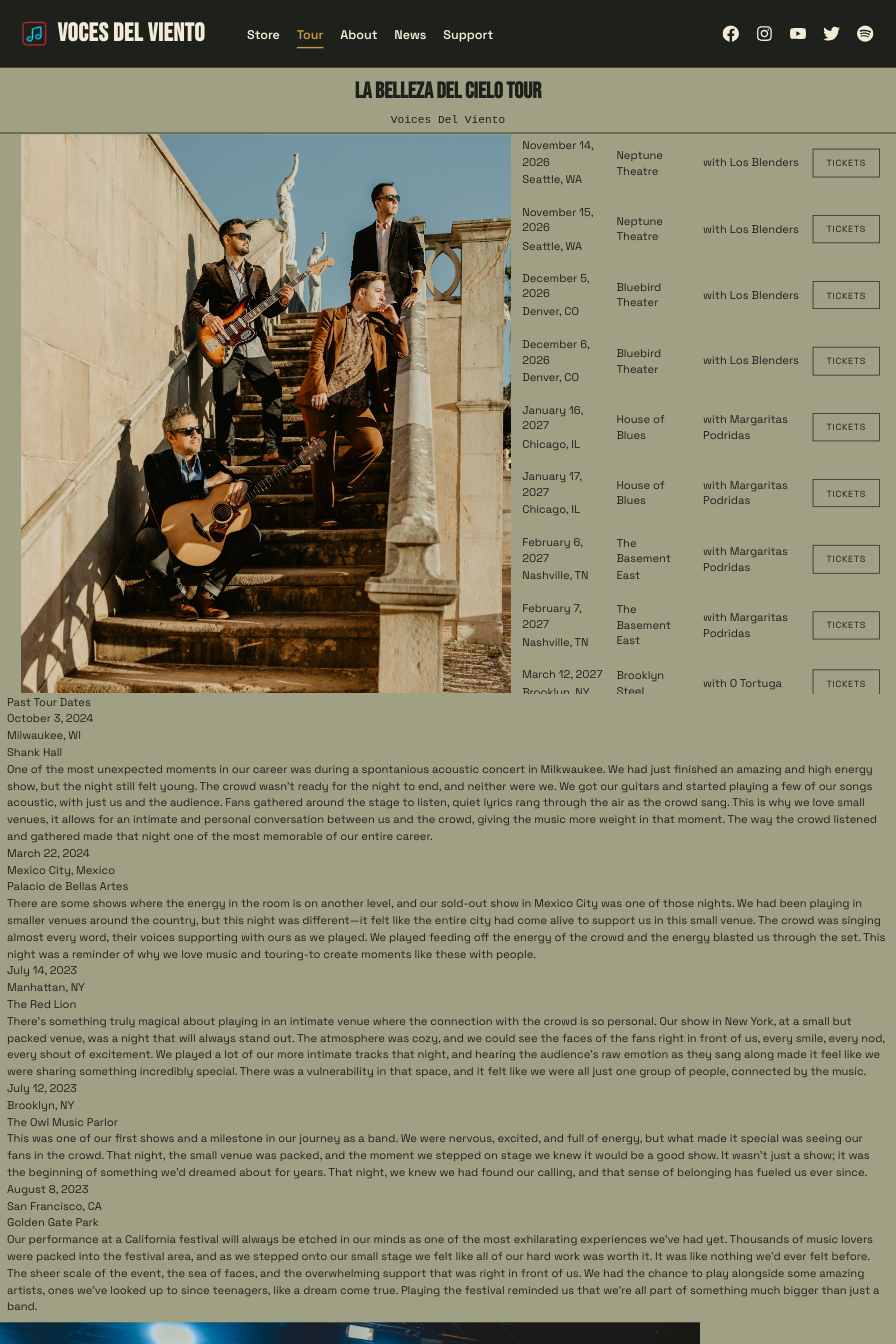
Repository: lime929/voices-del-viento
Page: /tour
An editor plug-in stored every save of this project. The page is shown before and after a run of saves, followed by the edit.
The browser window is 1280 px wide. The pictures show the part of the page from y = 0 to 1920 px (the page is 9957 px tall), at 70% of full size.
An inner scrolling area shows only its first screen. The project was rebuilt for these pictures with package versions that can differ from the ones it lists, and the page was loaded fresh each time. The framework's server and built-in components were replaced by stand-ins that run in the browser. Also part of the build but not shown: next.config.mjs.

Above is the page before, as saved 2026-09-14 15:43:18.

### app/layout.jsx
import '../app/globals.css';
import Footer from '../app/components/Footer';
import NavBar from '../app/components/NavBar';


export const metadata = {
  title: "Voces del Viento",
  description:
    "Voces del Viento is a Mexican indie rock band from Michoacán, blending classic Latin rock influences with modern sounds inspired by Caifanes, Juanes, and Los Enanitos Verdes. Discover their heartfelt music, cultural roots, and energetic live performances.",
  keywords: [
    "Voces del Viento",
    "Mexican indie rock",
    "Michoacán, Mexico",
    "Latin rock",
    "Alternative music",
    "band from Mexico",
    "indie music",
  ],
};

export default function MainLayout({ children }) {
  return (
    <html lang="en">
      <body>
        <NavBar />
        {children}
        <Footer />
      </body>
    </html>
  );
}

### app/tour/page.jsx
import styles from "./page.module.css";
import TourCurrent from "../components/TourCurrent";
import TourPast from "../components/TourPast";
import tours from "./tours.json";
import Image from "next/image";
import tourImage from "../../public/images/tour/tourImage.jpg";
import TourGallery from "../components/TourGallery";

export const metadata = {
  title: "Voces del Viento | Tour",
  description: "Live performances and tour dates for Voces del Viento. Check out our upcoming concerts and events.",
  keywords: [
    "Voces del Viento",
    "Concert announcements",
    "Live performances",
    "Tour dates",
    "Music events",
    "Band tour",
    "Live music",
    "Concert schedule",
    "Tour updates",
    "Music tour"
  ]
};

export default function TourPage() {
  const upcomingTours = tours.filter((tour) => tour.status === "upcoming");
  const pastTours = tours.filter((tour) => tour.status === "past");

  return (
    <>
      <div className={styles.tourContainer}>
      <div className={styles.tourHeader}>
        <h2 className={styles.tourTitle}>La Belleza del Cielo Tour</h2>
        <h4 className={styles.bandName}>Voices Del Viento</h4>
      </div>
       <div className={styles.currentColumns}>
  <div className={styles.currentTourImageWrap}>
          <Image
            src={tourImage}
            alt="Band's Tour image"
            width={700}
            height={800}
            sizes="100vw"
            className={styles.tourImage}
          />
        </div>
          <div className={styles.currentTourList}>
            {upcomingTours.map((tour) => (
            <TourCurrent key={tour.id} tour={tour} />
          ))}
          </div>
        </div>

        <div className={styles.pastTourList}>
          <h3 className={styles.pastTourTitle}>Past Tour Dates</h3>
          {pastTours.map((tour) => (
            <TourPast key={tour.id} tour={tour} />
          ))}
        </div>
      </div>
      <TourGallery />
    </>
  );
}

### app/globals.css
/* @import url("https://fonts.googleapis.com/css2?family=Bebas+Neue&family=DM+Sans:opsz,wght@9..40,400;9..40,500;9..40,600;9..40,700&family=Space+Mono:wght@400;700&display=swap");
@import url('https://fonts.googleapis.com/css2?family=Space+Grotesk:wght@300..700&display=swap'); */

@import url('https://fonts.googleapis.com/css2?family=Archivo+Black&family=Bebas+Neue&family=DM+Sans:ital,opsz,wght@0,9..40,100..1000;1,9..40,100..1000&family=Oswald:wght@200..700&family=Roboto+Mono:ital,wght@0,100..700;1,100..700&family=Space+Grotesk:wght@300..700&display=swap');
@import "tailwindcss";

@theme {
      /* Large headings and album titles */
  --font-display: "Bebas Neue", sans-serif;
    /* Paragraphs, navigation, and buttons */
  --font-body: "Space Grotesk", sans-serif;
    /* Dates, labels, and small details */
  --font-mono: "Space Mono", monospace;

    /* Main page background */
  --color-band-bg: #A0A084;
    /* Main text, dark sections & footer */
  --color-band-ink: #1E211B;
    /* Text on dark/red backgrounds */
  --color-band-cream: #F2EBD8;
    /* Borders and secondary accents */
  --color-band-olive: #5a5a44;
    /* Small highlights and labels */
  --color-band-gold: #C49A46;
}

body {
  font-family: var(--font-body);
  background-color: var(--color-band-bg);
  color: var(--color-band-ink);
  margin: 0;
  padding: 0;
}

### app/components/Footer.jsx
export default function Footer() {
  return (
    <footer className="border-t border-band-olive bg-band-ink py-8 px-4 sm:px-6">
      <div className="mx-auto max-w-6xl">
        <div className="flex flex-col items-center justify-between gap-8 text-sm md:flex-row">
          {/* Copyright */}
          <div className="order-2 text-center md:order-1 md:text-left">
            <p className="font-semibold text-band-cream">
              © {new Date().getFullYear()}{' '}
              <span className="font-black text-band-cream">Voices Del Viento</span>
            </p>
            <p className="mt-1 font-mono text-xs tracking-wider text-band-gold">
              Made with Next.js & Tailwind by Liliana Mendez
            </p>
          </div>

          {/* Right links */}
          <nav className="order-1 flex items-center gap-6 md:order-2">
            <a
              href="/store"
              className="border-b-2 border-transparent pb-1 text-sm font-semibold text-band-cream transition-all duration-200 hover:border-band-gold hover:text-band-gold"
            >
              Store
            </a>
            <a
              href="/tour"
              className="border-b-2 border-transparent pb-1 text-sm font-semibold text-band-cream transition-all duration-200 hover:border-band-gold hover:text-band-gold"
            >
              Tour
            </a>
            <a
              href="/about"
              className="border-b-2 border-transparent pb-1 text-sm font-semibold text-band-cream transition-all duration-200 hover:border-band-gold hover:text-band-gold"
            >
              About
            </a>
            <a
              href="/news"
              className="border-b-2 border-transparent pb-1 text-sm font-semibold text-band-cream transition-all duration-200 hover:border-band-gold hover:text-band-gold"
            >
              News
            </a>
            <a
              href="/support"
              className="border-b-2 border-transparent pb-1 text-sm font-semibold text-band-cream transition-all duration-200 hover:border-band-gold hover:text-band-gold"
            >
              Support
            </a>
          </nav>
        </div>
      </div>
    </footer>
  );
}

### app/components/NavBar.jsx
'use client';
import { useState } from "react";
import Link from "next/link";
import Image from "next/image";
import { usePathname } from "next/navigation";
import { FaBars, FaTimes, FaFacebook, FaInstagram, FaYoutube, FaTwitter,FaSpotify } from "react-icons/fa";
import logoIcon from '../../app/icon.png';

export default function NavBar() {
  const [isMobileMenuOpen, setIsMobileMenuOpen] = useState(false);
  const pathname = usePathname();

  return (
    <>
      <nav className="bg-band-ink border-b border-band-olive sticky top-0 z-50">
        <div className="px-4 lg:px-6">
          <div className="relative flex h-24 items-center justify-between">

            {/* Mobile menu button: always positioned absolute left and hidden on md+ screens */}
            <div className="absolute inset-y-0 left-0 flex items-center md:hidden">
              <button
                onClick={() => setIsMobileMenuOpen(!isMobileMenuOpen)}
                className="inline-flex items-center justify-center p-2 rounded-md text-band-cream hover:text-band-gold hover:bg-band-olive/20 focus:outline-none focus:ring-2 focus:ring-band-gold"
                aria-controls="mobile-menu"
                aria-expanded={isMobileMenuOpen}
              >
                <span className="sr-only">Open main menu</span>
                {isMobileMenuOpen ? (
                  <FaTimes className="block h-6 w-6" />
                ) : (
                  <FaBars className="block h-6 w-6" />
                )}
              </button>
            </div>

            <div className="flex flex-1 items-center justify-center md:justify-start">
              <Link href="/" className="flex flex-shrink-0 items-center gap-2 hover:opacity-90 transition">
                <Image
                  src={logoIcon}
                  alt="Voices Del Viento Logo"
                  width={50}
                  height={50}
                  priority
                />

                <span className="hidden font-display text-4xl font-bold uppercase tracking-wide text-band-cream transition-colors hover:text-band-gold md:block md:mr-9">
                Voces Del Viento
                </span>
              </Link>


              <div className="hidden md:ml-6 md:block md:pt-2">
                <div className="flex space-x-4 lg:space-x-6">
                  <Link
                    href="/store"
                    className={`${
                      pathname === "/store" ? "border-b-2 border-band-gold text-band-gold" : "border-b-2 border-transparent text-band-cream hover:text-band-gold hover:border-band-gold"
                    } text-lg font-semibold pb-1 transition-all`}
                  >
                    Store
                  </Link>
                  <Link
                    href="/tour"
                    className={`${
                      pathname === "/tour" ? "border-b-2 border-band-gold text-band-gold" : "border-b-2 border-transparent text-band-cream hover:text-band-gold hover:border-band-gold"
                    } text-lg font-semibold pb-1 transition-all`}
                  >
                    Tour
                  </Link>
                  <Link
                    href="/about"
                    className={`${
                      pathname === "/about" ? "border-b-2 border-band-gold text-band-gold" : "border-b-2 border-transparent text-band-cream hover:text-band-gold hover:border-band-gold"
                    } text-lg font-semibold pb-1 transition-all`}
                  >
                    About
                  </Link>
                  <Link
                    href="/news"
                    className={`${
                      pathname === "/news" ? "border-b-2 border-band-gold text-band-gold" : "border-b-2 border-transparent text-band-cream hover:text-band-gold hover:border-band-gold"
                    } text-lg font-semibold pb-1 transition-all`}
                  >
                    News
                  </Link>
                  <Link
                    href="/support"
                    className={`${
                      pathname === "/support" ? "border-b-2 border-band-gold text-band-gold" : "border-b-2 border-transparent text-band-cream hover:text-band-gold hover:border-band-gold"
                    } text-lg font-semibold pb-1 transition-all`}
                  >
                    Support
                  </Link>
                </div>
              </div>
            </div>

            <div className="absolute inset-y-0 right-0 flex items-center pr-2 md:static md:ml-6 md:pr-0">
              <div className="flex items-center gap-2 text-band-cream">
             <button className="relative p-2 rounded-full transition-transform duration-250 ease-in-out hover:scale-110 hover:text-band-gold">
                    <FaFacebook className="h-6 w-6" />
                </button>
             <button className="relative p-2 rounded-full transition-transform duration-250 ease-in-out hover:scale-110 hover:text-band-gold">
                    <FaInstagram className="h-6 w-6" />
                </button>
             <button className="relative p-2 rounded-full transition-transform duration-250 ease-in-out hover:scale-110 hover:text-band-gold">
                    <FaYoutube className="h-6 w-6" />
                </button>
             <button className="relative p-2 rounded-full transition-transform duration-250 ease-in-out hover:scale-110 hover:text-band-gold">
                    <FaTwitter className="h-6 w-6" />
                </button>
            <button className="relative p-2 rounded-full transition-transform duration-250 ease-in-out hover:scale-110 hover:text-band-gold">
                    <FaSpotify className="h-6 w-6" />
                </button>
              </div>
            </div>
          </div>
        </div>

        {/* Mobile menu */}
        {isMobileMenuOpen && (
          <div className="md:hidden bg-band-ink/95 backdrop-blur-md border-t border-band-olive px-4 pb-4 pt-2 space-y-1">
            <Link
              href="/store"
              className={`${
                pathname === "/store" ? "bg-band-olive/20 text-band-cream" : "border-b-2 border-transparent text-band-cream hover:bg-band-olive/20 hover:text-band-gold"
              } block rounded-md px-3 py-3 text-base font-semibold transition-colors`}
              onClick={() => setIsMobileMenuOpen(false)}
            >
              Store
            </Link>
            <Link
              href="/tour"
              className={`${
                pathname === "/tour" ? "bg-band-olive/20 text-band-cream" : "border-b-2 border-transparent text-band-cream hover:bg-band-olive/20 hover:text-band-gold"
              } block rounded-md px-3 py-3 text-base font-semibold transition-colors`}
              onClick={() => setIsMobileMenuOpen(false)}
            >
              Tour
            </Link>
            <Link
              href="/about"
              className={`${
                pathname === "/about" ? "bg-band-olive/20 text-band-cream" : "border-b-2 border-transparent text-band-cream hover:bg-band-olive/20 hover:text-band-gold"
              } block rounded-md px-3 py-3 text-base font-semibold transition-colors`}
              onClick={() => setIsMobileMenuOpen(false)}
            >
              About
            </Link>
            <Link
              href="/news"
              className={`${
                pathname === "/news" ? "bg-band-olive/20 text-band-cream" : "border-b-2 border-transparent text-band-cream hover:bg-band-olive/20 hover:text-band-gold"
              } block rounded-md px-3 py-3 text-base font-semibold transition-colors`}
              onClick={() => setIsMobileMenuOpen(false)}
            >
              News
            </Link>
            <Link
              href="/support"
              className={`${
                pathname === "/support" ? "bg-band-olive/20 text-band-cream" : "border-b-2 border-transparent text-band-cream hover:bg-band-olive/20 hover:text-band-gold"
              } block rounded-md px-3 py-3 text-base font-semibold transition-colors`}
              onClick={() => setIsMobileMenuOpen(false)}
            >
              Support
            </Link>
          </div>
        )}
      </nav>
    </>
  );
}

### app/tour/page.module.css
/* Tour banner */
.tourContainer {
  display: flex;
  flex-direction: column;
  padding: 10px;
  background-color: var(--color-band-bg);
}

.tourHeader {
    align-items: center;
    text-align: center;
    width: 100vw;
    margin-left: calc(50% - 50vw);
    box-sizing: border-box;
}

.bandName {
  font-family: var(--font-mono);
  border-bottom: 2px solid var(--color-band-olive);
  padding-bottom: 5px;
}

.tourTitle {
  font-size: 2rem;
  font-weight: bold;
  margin-bottom: 5px;
  color: var(--color-band-ink);
  font-family: var(--font-display);
}

/* current tour entries */
.currentColumns {
  display: grid;
  grid-template-columns: 1fr 1fr;
  align-items: center;
  width: 100%;
}

.currentTourImageWrap {
  width: 700px;
  margin-top: 0;
  margin-left: 20px
}

.tourImage {
  width: 100%;
  height: auto;
  display: block;
}

.currentTourList {
  display: flex;
  flex-direction: column;
  gap: 0;
  max-height: 800px;
  overflow-y: auto;
  padding-right: 0.5rem;
}

.tourEntry {
  display: grid;
  grid-template-columns: 1.1fr 1fr 1.3fr auto;
  grid-template-rows: auto auto;
  align-items: center;
  gap: 1rem;
  padding: 0.4rem 0.3rem 0.1rem 1rem;
}

.tourEntry:hover {
  background-color: rgba(0, 0, 0, 0.05);
  transition: background-color 0.2s ease;
}

.tourDateLocation {
  display: flex;
  flex-direction: column;
  gap: 0.2rem;
}

.tourDateCell,
.tourLocationCell,
.tourVenueCell,
.tourGuestCell {
  font-size: 1rem;
  line-height: 1.4;
  margin: 0;
}

.tourTickets {
  justify-self: end;
  padding: 0.6rem 1.2rem;
  border: 1px solid var(--color-band-ink);
  text-decoration: none;
  color: var(--color-band-ink);
  text-transform: uppercase;
  letter-spacing: 0.08em;
  font-size: 0.8rem;
  transition: background-color 0.2s ease, color 0.2s ease;
}

.tourTickets:hover {
  background-color: var(--color-band-ink);
  color: var(--color-band-cream);
}

/* smaller screens */
/* dates appear below img */
@media (width <= 768px) {
  .tourContainer {
    display: flex;
    flex-direction: column;
  }

  .currentColumns {
    display: flex;
    flex-direction: column;
    width: 100%;
  }

  .currentTourImageWrap {
    width: 100%;
    margin-left: 0;
  }
}

/* Tour Gallery */
/* Default thumbnail styling */
.tourGalleryImage {
  width: 100%;
  height: auto;
  cursor: zoom-in;
  transition: transform 0.3s ease; /* Smooth enlargement effect */
}

/* Styling applied when the image is clicked */
.tourGalleryImage.enlarged {
  transform: scale(2); /* Doubles the size. Adjust the scale ratio as needed */
  cursor: zoom-out;
  z-index: 999;        /* Layers it above other elements */
  position: relative;  /* Ensures z-index takes effect */
}

### app/components/TourCurrent.jsx
import styles from "../tour/page.module.css";

export default function TourCurrent({ tour }) {
  return (
    <div className={styles.tourEntry}>
      <div className={styles.tourDateLocation}>
        <div className={styles.tourDateCell}>{tour.date}</div>
        <div className={styles.tourLocationCell}>{tour.location}</div>
      </div>

      <div className={styles.tourVenueCell}>{tour.venue}</div>

      {tour.specialGuest && (
        <div className={styles.tourGuestCell}>{tour.specialGuest}</div>
      )}

      {tour.tickets && (
        <a
          href={tour.tickets.href}
          className={styles.tourTickets}
          target="_blank"
        >
          {tour.tickets.label}
        </a>
      )}
    </div>
  );
}

### app/components/TourPast.jsx
import styles from "../tour/page.module.css";

export default function TourPast({ tour }) {
  return (
  <>
    <div className={styles.pastTour}>
            <p className={styles.tourDate}>{tour.date}</p>
            <p className={styles.tourLocation}>{tour.location}</p>
            <p className={styles.tourVenue}>{tour.venue}</p>
            <p className={styles.tourDescription}>{tour.description}</p>
    </div>
  </>
  );
}

### app/components/TourGallery.jsx
"use client";

import { useState } from "react";
import Image from "next/image";
import styles from "../tour/page.module.css";
import tour1 from "../../public/images/tour/tour-1.jpg";
import tour2 from "../../public/images/tour/tour-2.jpg";
import tour3 from "../../public/images/tour/tour-3.jpg";
import tour4 from "../../public/images/tour/tour-4.jpg";
import tour5 from "../../public/images/tour/tour-5.jpg";
import tour6 from "../../public/images/tour/tour-6.jpg";
import tour7 from "../../public/images/tour/tour-7.jpg";
import tour8 from "../../public/images/tour/tour-8.jpg";

const images = [tour1, tour2, tour3, tour4, tour5, tour6, tour7, tour8];

export default function TourGallery() {
  const [selectedImage, setSelectedImage] = useState(images[0]);

  return (
    <div className={styles.tourGallery}>
      <div className={styles.tourSpotlight}>
        <Image
          src={selectedImage}
          alt="Selected tour image"
          width={1000}
          height={800}
          className={styles.tourSpotlightImage}
        />
      </div>

      <div className={styles.tourGalleryGrid}>
        {images.map((image, index) => (
          <button
            key={index}
            type="button"
            className={styles.tourGalleryThumbButton}
            onClick={() => setSelectedImage(image)}
            aria-label={`View tour image ${index + 1}`}
          >
            <Image
              src={image}
              alt={`Tour Image ${index + 1}`}
              width={300}
              height={240}
              className={styles.tourGalleryImage}
            />
          </button>
        ))}
      </div>
    </div>
  );
}

Loaded but not shown: app/tour/tours.json (247 lines, source omitted)

After the next 2 saves:
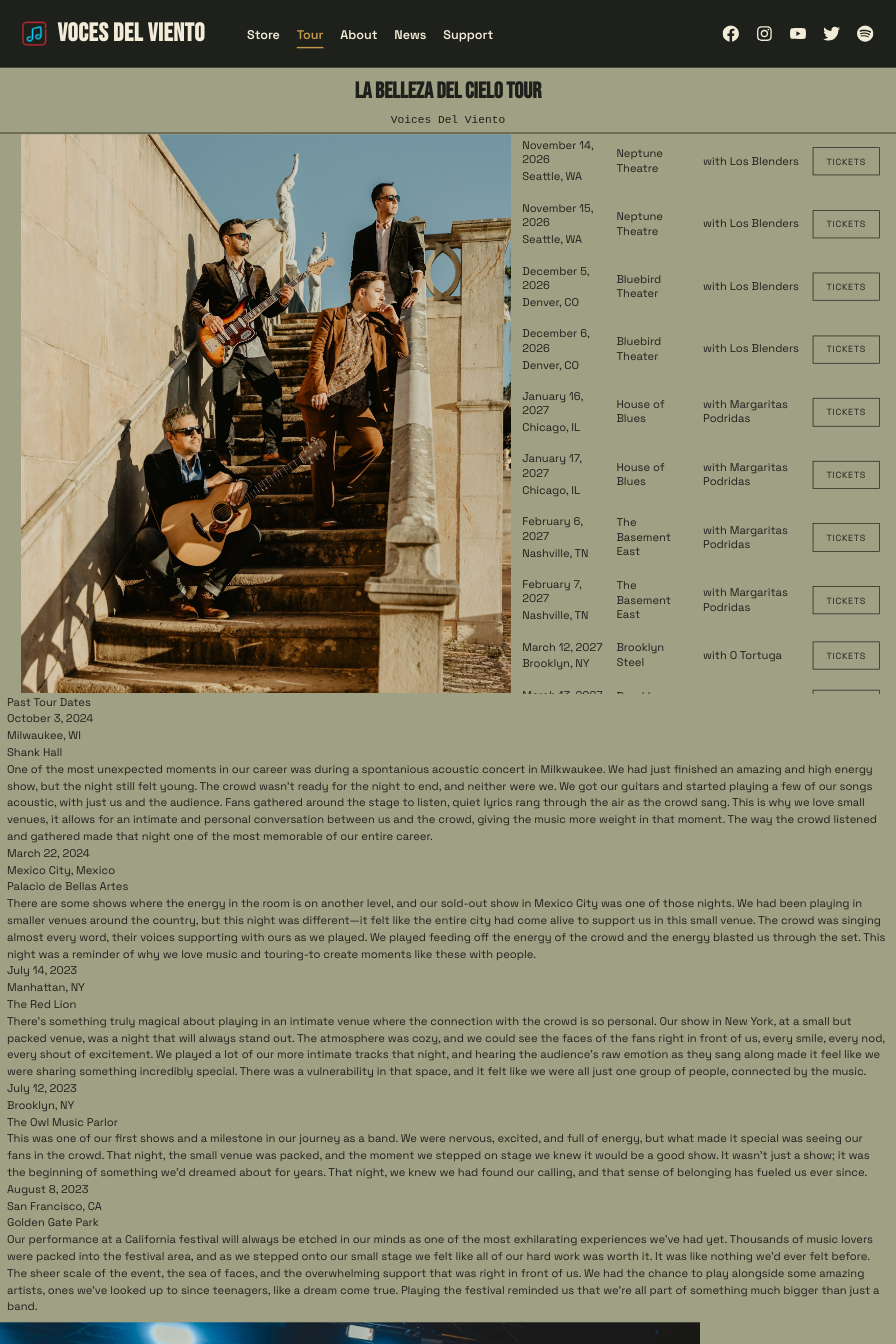
The 2 saves are shown as one change because they came seconds apart.
The last was saved 42 s later.
--- a/app/tour/page.module.css
+++ b/app/tour/page.module.css
@@ -82,7 +82,7 @@
 .tourVenueCell,
 .tourGuestCell {
   font-size: 1rem;
-  line-height: 1.4;
+  line-height: 1.3;
   margin: 0;
 }
 
